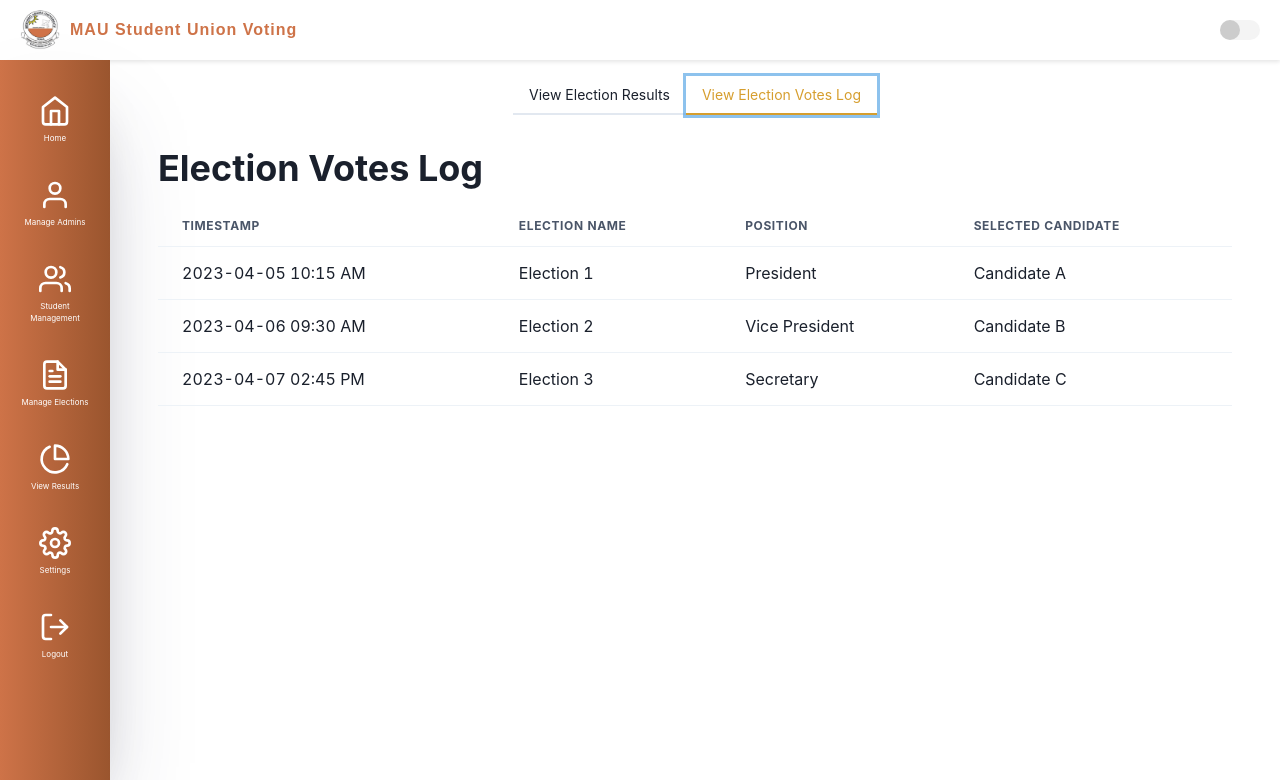
Repository: joena1o/e-vote
Page: /admin-dashboard/view-results, after clicking the first element matching `#tabs-\:r1\:--tab-1`
These files come from the project's save history. The page is drawn as it stood at one moment and after the next save; the edit follows.
The browser window is 1280 px wide. The pictures show the whole page.
The project was rebuilt for these pictures with package versions that can differ from the ones it lists, and the page was loaded fresh each time. Also part of the build but not shown: src/components/EnhancedLogin.js, src/components/maincontent/RegisterStudents/ManageStudents.js, src/components/maincontent/RegisterStudents/RegisterStudents.js, src/components/maincontent/RegisterStudents/StudentManagement.js, src/components/maincontent/Settings/Settings.js, src/api/index.js, src/components/maincontent/home/Home.styles.js, src/components/maincontent/home/Home.js and 16 more.

Above is the page before, as saved 2023-10-29 07:37:55.

After the next save:
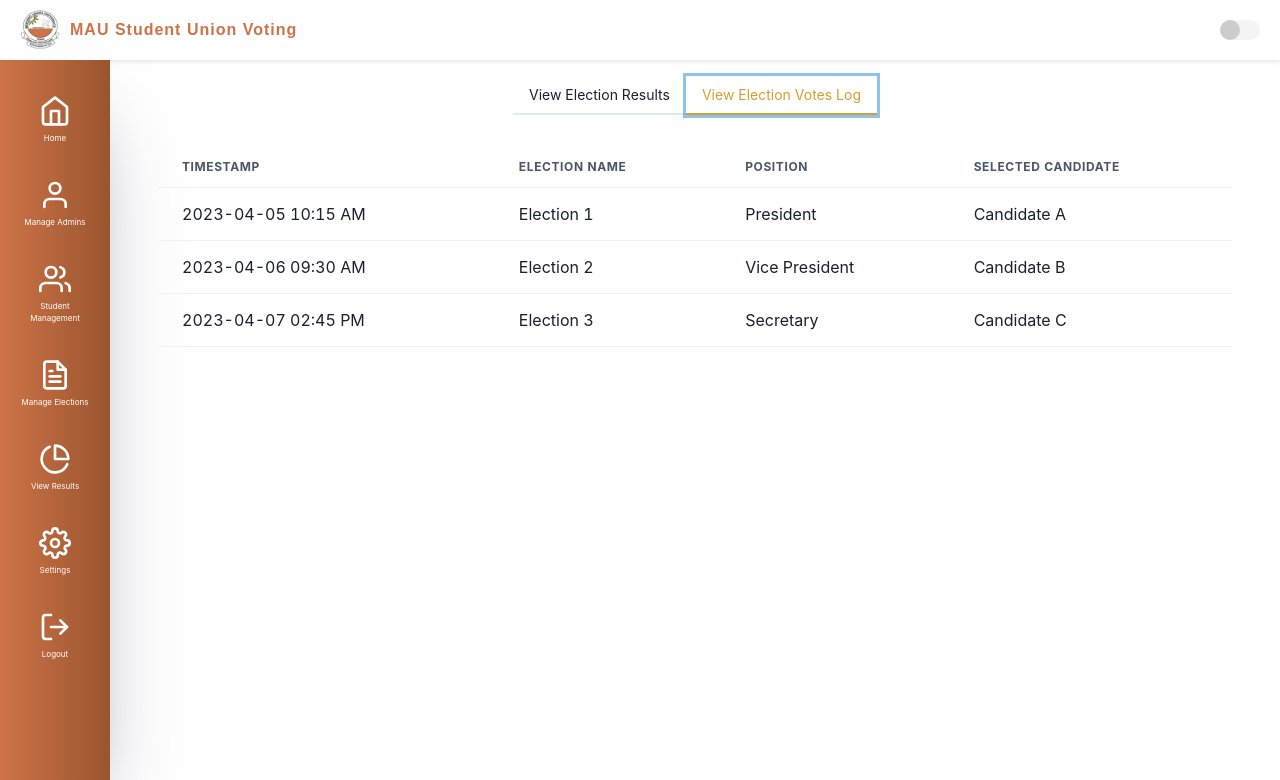
Saved 34 s later.
--- a/src/components/maincontent/ElectionResults/report.js
+++ b/src/components/maincontent/ElectionResults/report.js
@@ -38,9 +38,7 @@ const ElectionVotesLog = () => {
 
   return (
     <Box p={4}>
-      <Heading as="h1" size="xl" mb={4}>
-        Election Votes Log
-      </Heading>
+
       <Table variant="simple">
         <Thead>
           <Tr>
